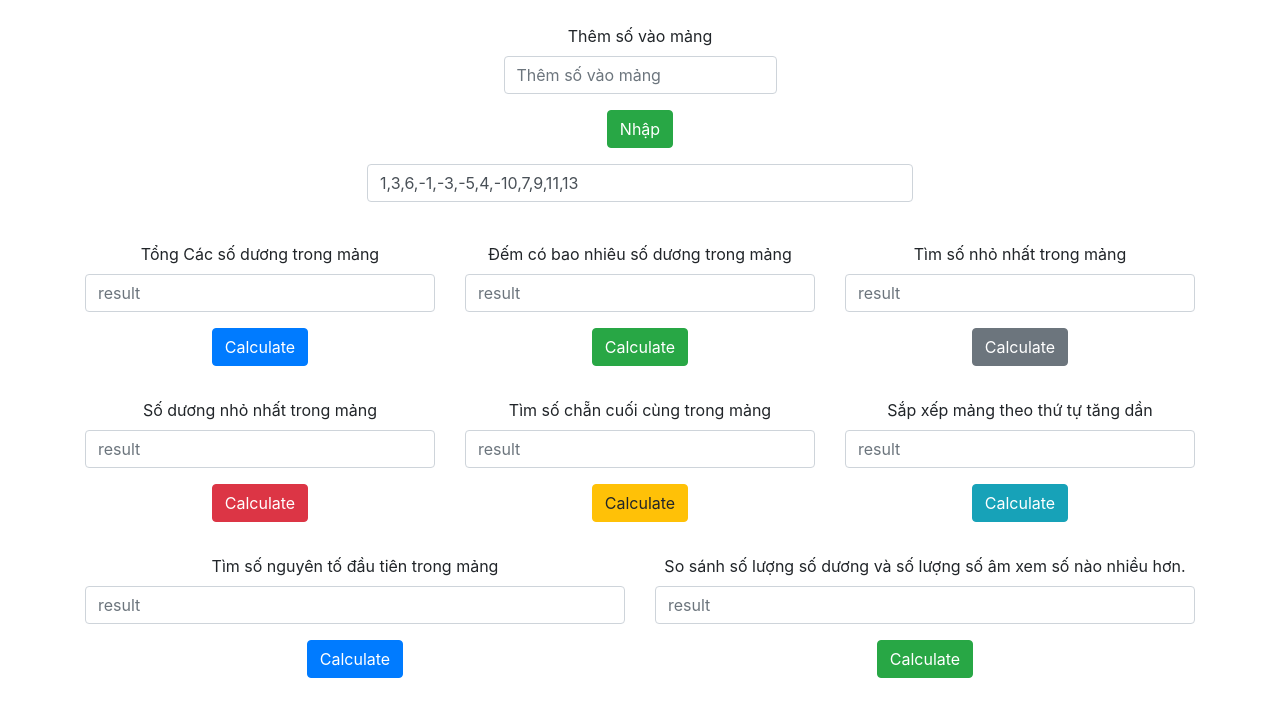
Repository: baobaodeveloper/bootcamp21__array__HuynhAnhBao
Page: index.html
The author's editor kept a copy of each file at every save. The page is drawn from the files as they stood at one save, then again after the next save.
The browser window is 1280 px wide. The pictures show the whole page.

Above is the page before, as saved 2022-03-20 19:02:05.

After the next save:
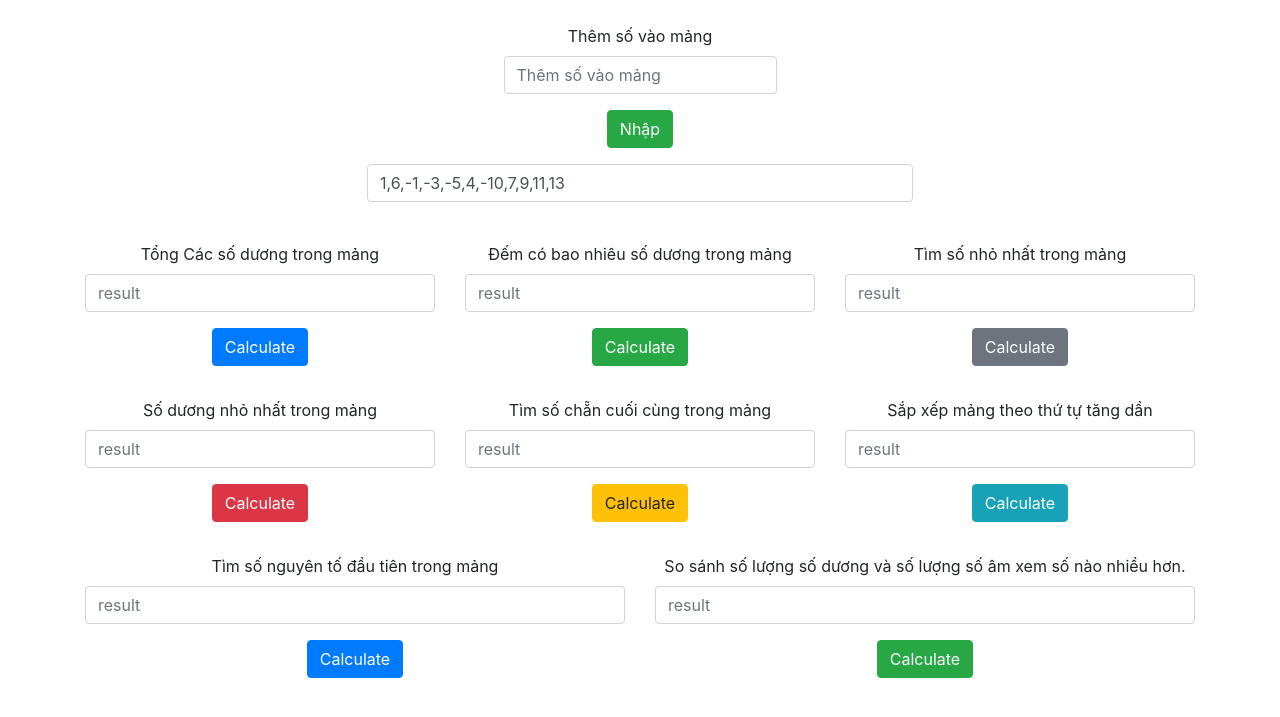
Saved 14 s later.
--- a/app.js
+++ b/app.js
@@ -9,7 +9,7 @@
 //   console.log(arr);
 //   document.getElementById("array-current").value = arr.join("  ");
 // });
-let arr = [1, 3, 6, -1, -3, -5, 4, -10, 7, 9, 11, 13];
+let arr = [1, 6, -1, -3, -5, 4, -10, 7, 9, 11, 13];
 document.getElementById("array-current").value = arr;
 // 1. Tổng các số dương trong mảng.
 document
